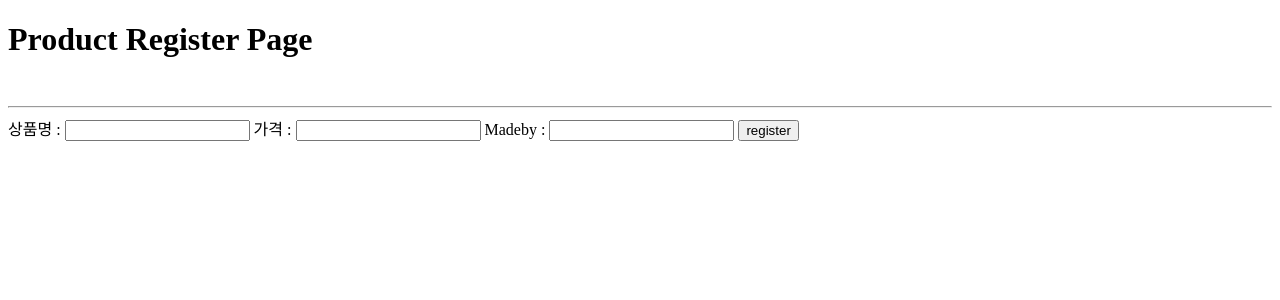
Repository: doridori890130/JSP
Page: http://localhost/jsp_study/register.jsp
These files come from the project's save history. The page is drawn as it stood at one moment and after the next save; the edit follows.
The browser window is 1280 px wide. The pictures show the whole page.
The page is served by Tomcat 9.

Above is the page before, as saved 2023-05-11 01:23:44.

After the next save:
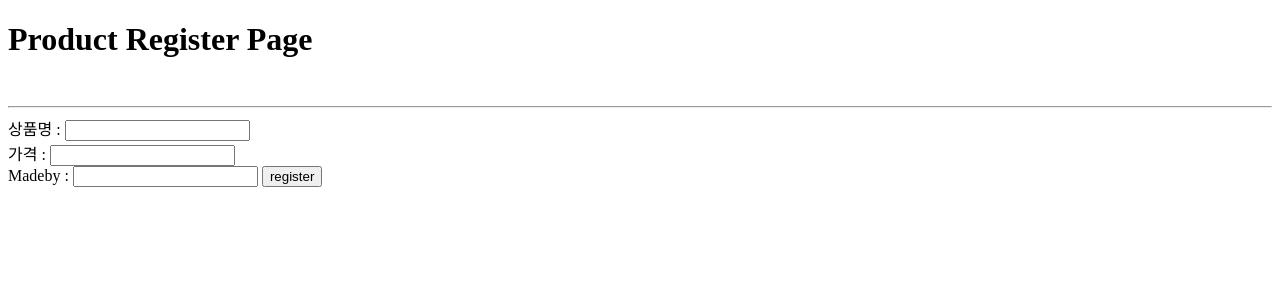
Saved 88 s later.
--- a/jsp_project1/jsp_study/src/main/webapp/register.jsp
+++ b/jsp_project1/jsp_study/src/main/webapp/register.jsp
@@ -11,8 +11,8 @@
 	<br>
 	<hr>
 	<form action="/insert.pd" method="post">
-		상품명 : <input type="text" name="pname" >
-		가격 : <input type="text" name="price" >
+		상품명 : <input type="text" name="pname" > <br>
+		가격 : <input type="text" name="price" > <br>
 		Madeby : <input type="text" name="madeby" >
 
 		<button type="submit">register</button>
